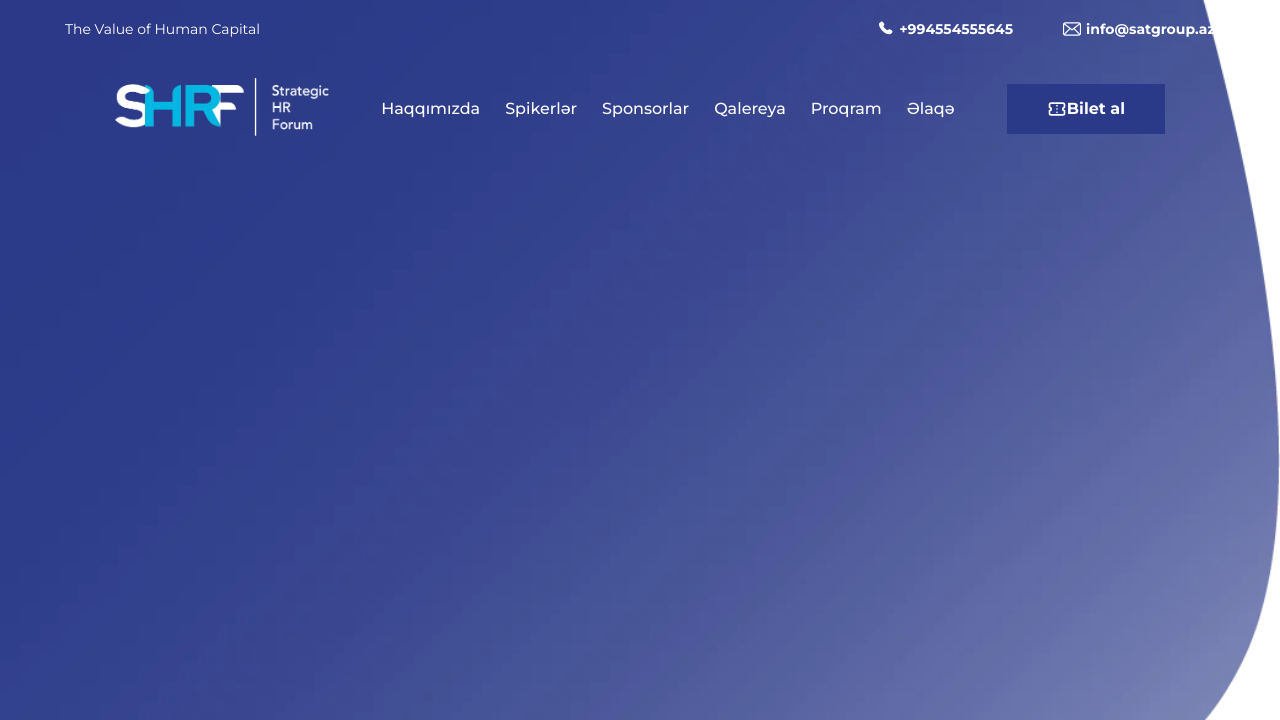
Repository: allahverdiyevabdulhasan/shrf
Page: /
An editor plug-in stored every save of this project. The page is shown before and after the next save, followed by the edit.
The browser window is 1280 px wide. The pictures show the whole page.
The project was rebuilt for these pictures with package versions that can differ from the ones it lists, and the page was loaded fresh each time. Also part of the build but not shown: vite.config.js, src/App.css.

Above is the page before, as saved 2024-08-16 10:03:51.

### src/App.jsx
import './App.css'
import Header from './components/Header'
import Intro from './components/Intro'

function App() {

  return (
    <div id='page'>
      <Header />
      <Intro />
    </div>
  )
}

export default App

### src/index.css
@import url('https://fonts.googleapis.com/css2?family=Montserrat:ital,wght@0,100..900;1,100..900&display=swap');
*{
  margin: 0;
  box-sizing: border-box;
  padding: 0;
  font-family: Montserrat;
  transition: all .4s ease-in-out;
}
:root{
  --globalPrimary: #2a3988;
}

ul{
  padding: 0;
  list-style: none;
}
a{
  color: #fff;
  text-decoration: none;
}
button{
  cursor: pointer;
}

.container{
  max-width: 1170px;
  margin: 0 auto;
  padding: 0 10px;
}

### src/components/Header/index.jsx

import s from './style.module.css'

export default function Header() {


    return (
        <header className='container'>
            <div className={s.top}>
                <div className={s.top__left}>
                    The Value of Human Capital
                </div>
                <div className={s.top__right}>
                    <ul>
                        <li>
                            <a href="tel:+994554555645">
                            <svg width={18} viewBox="0 0 24 24" fill="none" xmlns="http://www.w3.org/2000/svg"><g id="SVGRepo_bgCarrier" stroke-width="0"></g><g id="SVGRepo_tracerCarrier" stroke-linecap="round" stroke-linejoin="round"></g><g id="SVGRepo_iconCarrier"> <path d="M16.5562 12.9062L16.1007 13.359C16.1007 13.359 15.0181 14.4355 12.0631 11.4972C9.10812 8.55901 10.1907 7.48257 10.1907 7.48257L10.4775 7.19738C11.1841 6.49484 11.2507 5.36691 10.6342 4.54348L9.37326 2.85908C8.61028 1.83992 7.13596 1.70529 6.26145 2.57483L4.69185 4.13552C4.25823 4.56668 3.96765 5.12559 4.00289 5.74561C4.09304 7.33182 4.81071 10.7447 8.81536 14.7266C13.0621 18.9492 17.0468 19.117 18.6763 18.9651C19.1917 18.9171 19.6399 18.6546 20.0011 18.2954L21.4217 16.883C22.3806 15.9295 22.1102 14.2949 20.8833 13.628L18.9728 12.5894C18.1672 12.1515 17.1858 12.2801 16.5562 12.9062Z" fill="#ffffff"></path> </g></svg>
                            +994554555645</a>
                        </li>
                        <li>
                            <a href="mailto:info@satgroup.az">
                            <svg width={18} viewBox="0 -4 32 32" version="1.1" xmlns="http://www.w3.org/2000/svg" xmlns:xlink="http://www.w3.org/1999/xlink" xmlns:sketch="http://www.bohemiancoding.com/sketch/ns" fill="#000000"><g id="SVGRepo_bgCarrier" stroke-width="0"></g><g id="SVGRepo_tracerCarrier" stroke-linecap="round" stroke-linejoin="round"></g><g id="SVGRepo_iconCarrier"> <title>mail</title> <desc>Created with Sketch Beta.</desc> <defs> </defs> <g id="Page-1" stroke="none" stroke-width="1" fill="none" fill-rule="evenodd" sketch:type="MSPage"> <g id="Icon-Set" sketch:type="MSLayerGroup" transform="translate(-412.000000, -259.000000)" fill="#ffffff"> <path d="M442,279 C442,279.203 441.961,279.395 441.905,279.578 L433,270 L442,263 L442,279 L442,279 Z M415.556,280.946 L424.58,271.33 L428,273.915 L431.272,271.314 L440.444,280.946 C440.301,280.979 415.699,280.979 415.556,280.946 L415.556,280.946 Z M414,279 L414,263 L423,270 L414.095,279.578 C414.039,279.395 414,279.203 414,279 L414,279 Z M441,261 L428,271 L415,261 L441,261 L441,261 Z M440,259 L416,259 C413.791,259 412,260.791 412,263 L412,279 C412,281.209 413.791,283 416,283 L440,283 C442.209,283 444,281.209 444,279 L444,263 C444,260.791 442.209,259 440,259 L440,259 Z" id="mail" sketch:type="MSShapeGroup"> </path> </g> </g> </g></svg>
                                info@satgroup.az</a>
                            </li>
                    </ul>
                </div>
            </div>
            <div className={s.header__items}>
                <div className={s.logo}>
                    <a href="/"><img src="./public/assets/img/logo.webp" alt="Logo" /></a>
                </div>
                <nav>
                    <ul>
                        <li><a href="">Haqqımızda</a></li>
                        <li><a href="">Spikerlər</a></li>
                        <li><a href="">Sponsorlar</a></li>
                        <li><a href="">Qalereya</a></li>
                        <li><a href="">Proqram</a></li>
                        <li><a href="">Əlaqə</a></li>
                    </ul>
                </nav>
                <button>
                <svg width={20} viewBox="0 0 24 24" fill="none" xmlns="http://www.w3.org/2000/svg"><g id="SVGRepo_bgCarrier" stroke-width="0"></g><g id="SVGRepo_tracerCarrier" stroke-linecap="round" stroke-linejoin="round"></g><g id="SVGRepo_iconCarrier"> <path d="M12 16H12.01M12 12H12.01M12 8H12.01M21 14V17C21 18.1046 20.1046 19 19 19H5C3.89543 19 3 18.1046 3 17V14C4.10457 14 5 13.1046 5 12C5 10.8954 4.10457 10 3 10V7C3 5.89543 3.89543 5 5 5H19C20.1046 5 21 5.89543 21 7V10C19.8954 10 19 10.8954 19 12C19 13.1046 19.8954 14 21 14Z" stroke="#ffffff" stroke-width="2" stroke-linecap="round" stroke-linejoin="round"></path> </g></svg>
                    Bilet al
                </button>
            </div>

        </header>
    )
}

### src/components/Intro/index.jsx
import s from './style.module.css'

export default function Intro() {


    return (
        <div className={s.intro}>
        </div>
    )
}

### src/components/Header/style.module.css
header {
    position: fixed;
    inset: 0;
}

.top {
    display: flex;
    justify-content: space-between;
    align-items: center;
    padding: 20px 0;
    color: #fff;
    font-size: 14px;
}

.top__right {
    & a,
    & ul {
        display: flex;
        align-items: center;
        font-weight: 700;
    }

    & li {
        margin: 0 0 0 50px;
    }

    & svg {
        margin: 0 5px 0 0;
    }

    & a:hover {
        text-shadow: 0 0 10px #fff;

    }
}


.header__items {
    display: flex;
    padding: 20px 50px;
    align-items: center;
    justify-content: space-between;

    & .logo{
        max-width: 214px;
        & img{
            width: 100%;
        }
    }

    & ul {
        display: flex;
        & li{
            margin: 0 25px 0 0;
            & a{
                display: inline-block;
                padding: 10px 0;
                font-weight: 500;
                &:hover{
                    color: #00FFF0;
                }
            }
            &:last-child{
                margin: 0;
            }
        }
    }

    & button{
        display: flex;
        align-items: center;
        border: 0;
        background: var(--globalPrimary);
        font-size: 16px;
        font-weight: 700;
        color: #fff;
        padding: 15px 40px;
        &:hover{
            box-shadow: 0 3px 10px 3px #fff;
            transform: translateY(-3px);
        }
    }
}

### src/components/Intro/style.module.css
.intro{
    min-height: 100vh;
    background: url('./../../../public/assets/img/introBg.webp') center/cover;
}

Loaded but not shown: index.html (common file); src/main.jsx (common file)

After the next save:
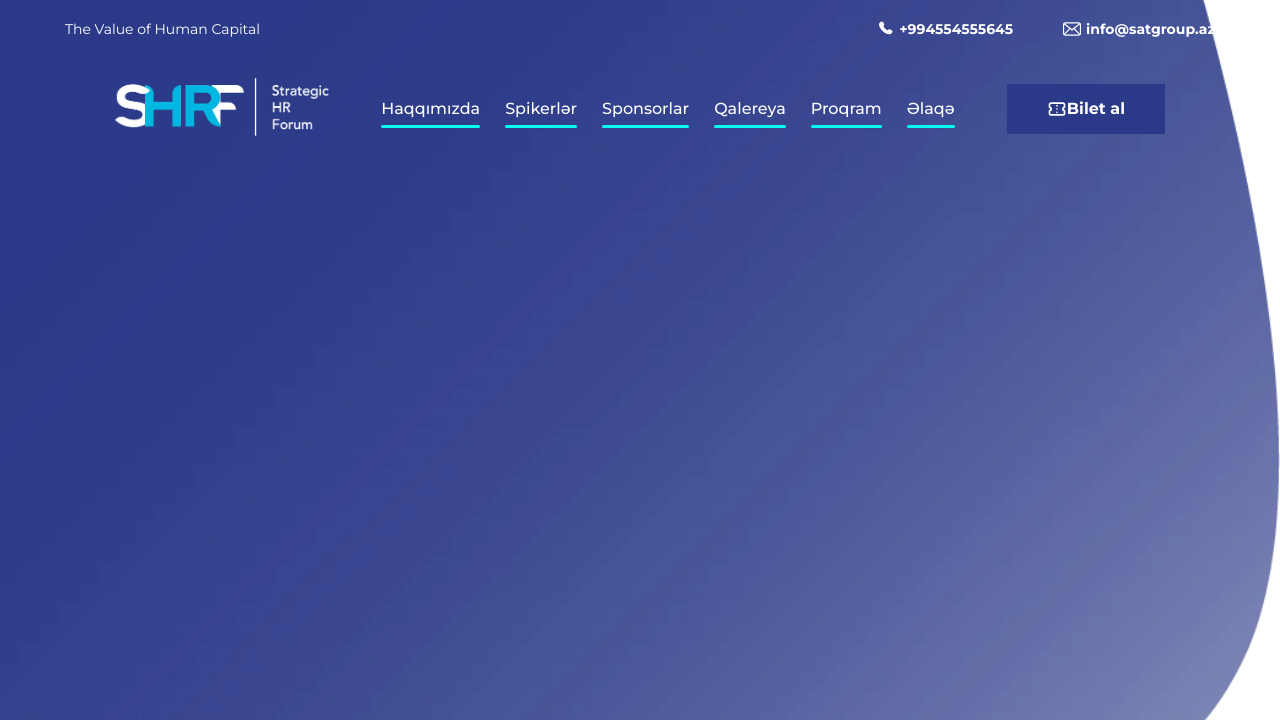
Saved 100 s later.
--- a/src/components/Header/style.module.css
+++ b/src/components/Header/style.module.css
@@ -52,6 +52,17 @@
         display: flex;
         & li{
             margin: 0 25px 0 0;
+            position: relative;
+            &::after{
+                content: '';
+                position: absolute;
+                bottom: 0;
+                left: 0;
+                width: 100%;
+                height: 3px;
+                border-radius: 3px;
+                background-color: #00FFF0;
+            }
             & a{
                 display: inline-block;
                 padding: 10px 0;

After the save that followed:
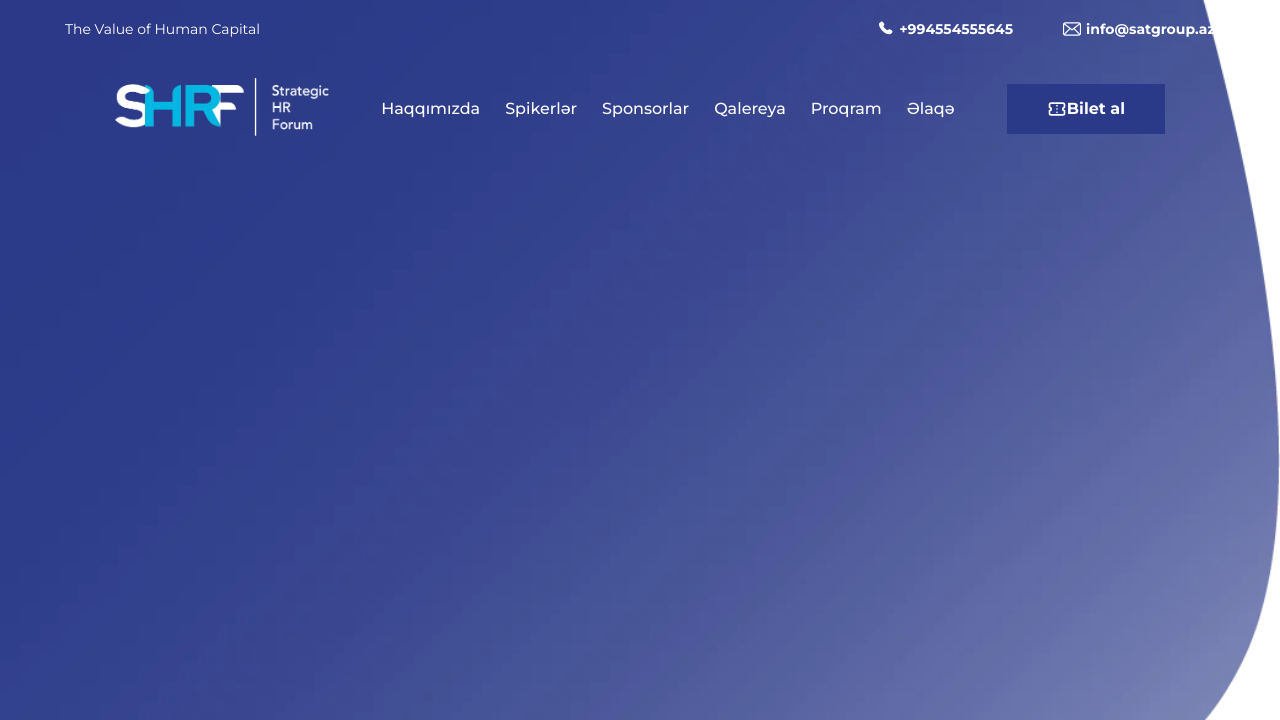
Saved 56 s later.
--- a/src/components/Header/style.module.css
+++ b/src/components/Header/style.module.css
@@ -58,18 +58,23 @@
                 position: absolute;
                 bottom: 0;
                 left: 0;
-                width: 100%;
+                width: 0;
                 height: 3px;
                 border-radius: 3px;
                 background-color: #00FFF0;
+            }
+            &:hover{
+                & a{
+                    color: #00FFF0;
+                }
+                &::after{
+                    width: 100%;
+                }
             }
             & a{
                 display: inline-block;
                 padding: 10px 0;
                 font-weight: 500;
-                &:hover{
-                    color: #00FFF0;
-                }
             }
             &:last-child{
                 margin: 0;
